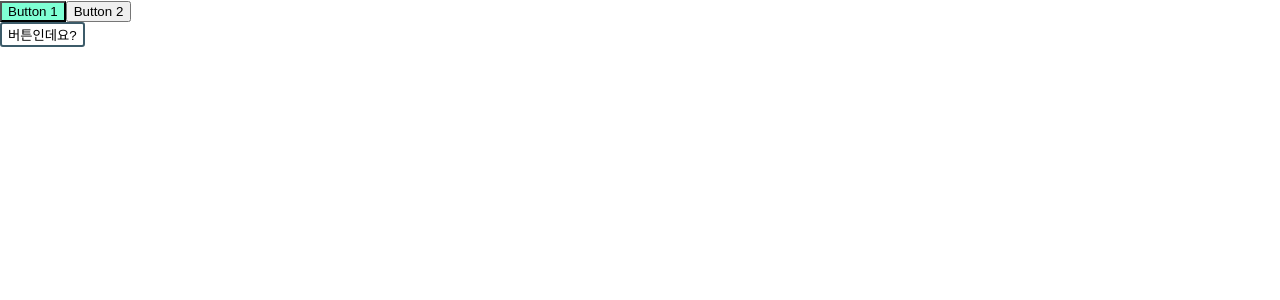
Repository: dnjfht/css-example
Page: /
The author's editor kept a copy of each file at every save. The page is drawn from the files as they stood at one save, then again after the next save.
The browser window is 1280 px wide. The pictures show the whole page.
The project was rebuilt for these pictures with package versions that can differ from the ones it lists, and the page was loaded fresh each time.

Above is the page before, as saved 2023-05-15 13:08:04.

### src/App.js
import React from "react";
import Button1 from "./components/Button1";
import Button2 from "./components/Button2";
import styled from "styled-components";

const Container = styled.div`
  display: flex;
`;

const Button = styled.button`
  background-color: transparent;
  border-radius: 3px;
  border: 2px solid #3c5b69;
`;

export default function App() {
  return (
    <>
      <Button1 />
      <Button2 />

      <Container>
        <Button>버튼인데요?</Button>
      </Container>
    </>
  );
}

### src/components/Button1.js
import React from "react";
import styles from "./Button1.module.css";

export default function Button1() {
  return <button className={styles.button}>Button 1</button>;
}

// 기본적인 css 파일을 사용했을 때의 문제점 :
// 동일한 class 이름을 사용하면
// 가장 나중에 import된 css 파일에 정의된 selector가 이기게 됨.
// 아무리 다른 css 파일을 만든다고 해도, 서로 다른 파일에서 동일한 calss 이름을 사용하면
// 가장 나중에 import된 css 파일에 정의된 selector가 앞에껄 덮어씌우게 되어 있다.

// 이렇게 PostCSS를 사용하면 class 이름이 충돌나는 것을 신경쓰지 않아도 된다.
// PostCSS를 쓰면 자동으로 이름을 감싸준 네이밍 스페이스를 더해서 객체를 전달해준다.
// 객체 이름은 원하는 대로 정의해주면 된다.(ex : styles)
// 사용할 때도 태그에 className = {styles. ...} 이렇게 사용하면 된다.
// 자바스크립트 문법을 사용할 것이기 때문에 중괄호 사용.
// PostCSS를 사용하면 동일한 class 이름을 사용해도 파일명을 이용해서 고유한 class 이름을 만들어줌.

### src/components/Button2.js
import React from "react";
import styles from "./Button2.module.css";

export default function Button2() {
  return <button className={styles.button}>Button 2</button>;
}

### src/components/Button1.module.css
.button {
  background-color: aquamarine;
}

Loaded but not shown: public/index.html (common file); src/index.js (common file); src/index.css (common file); src/reportWebVitals.js (common file); src/components/Button2.module.css (no stored copy; drawn as an empty file)

After the next save:
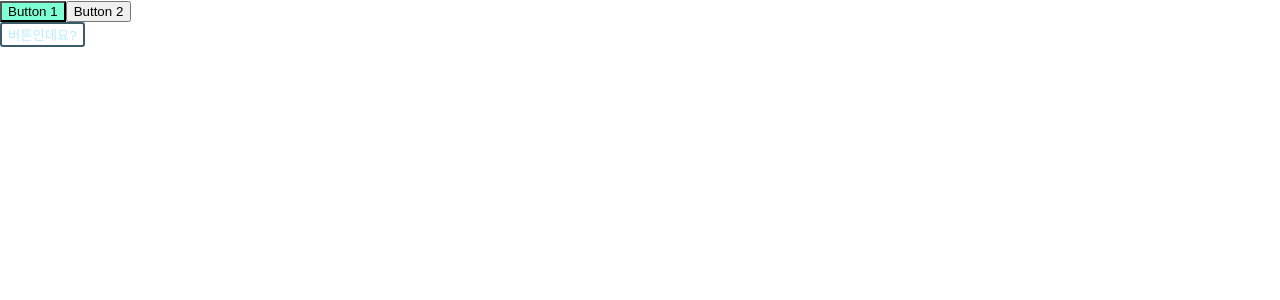
Saved 11 s later.
--- a/src/App.js
+++ b/src/App.js
@@ -11,6 +11,7 @@ const Button = styled.button`
   background-color: transparent;
   border-radius: 3px;
   border: 2px solid #3c5b69;
+  color: #b9eaff;
 `;
 
 export default function App() {
